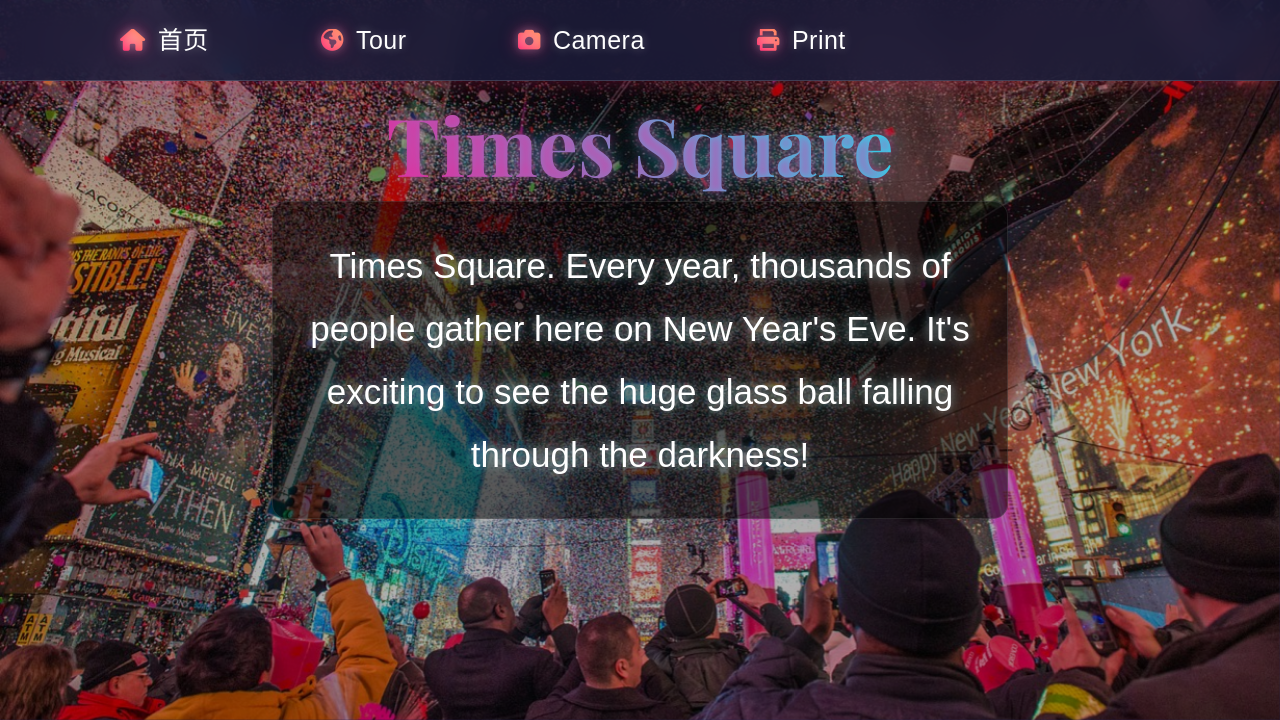
Repository: huang-heavenly-Emperor/NewYork
Page: times-square.html
These files come from the project's save history. The page is drawn as it stood at one moment and after a run of saves; the edit follows.
The browser window is 1280 px wide. The pictures show the whole page.

Above is the page before, as saved 2024-12-12 10:11:14.

### times-square.html
<!DOCTYPE html>
<html lang="en">

<head>
  <meta charset="UTF-8">
  <meta name="viewport" content="width=device-width, initial-scale=1.0">
  <title>Times Square - NYC</title>
  <link rel="stylesheet" href="css/times-square.css">
  <link rel="stylesheet" href="https://cdnjs.cloudflare.com/ajax/libs/font-awesome/6.0.0/css/all.min.css">
  <link rel="stylesheet" href="css/animations.css">
  <link rel="stylesheet" href="css/style.css">
  <link href="https://fonts.googleapis.com/css2?family=Playfair+Display:wght@700&family=Inter:wght@400;500&display=swap"
    rel="stylesheet">
</head>

<body>
  <nav class="main-nav">
    <ul class="nav-links">
      <li>
        <a href="index.html">
          <i class="fas fa-home"></i>
          首页
        </a>
      </li>
      <li class="dropdown">
        <a href="tour.html">
          <i class="fas fa-globe-americas"></i>
          Tour
        </a>
        <ul class="dropdown-menu">
          <li>
            <a href="#">
              <i class="fas fa-torii-gate"></i>
              Asia
            </a>
          </li>
          <li>
            <a href="#">
              <i class="fas fa-sun"></i>
              Africa
            </a>
          </li>
          <li>
            <a href="#">
              <i class="fas fa-landmark"></i>
              Europe
            </a>
          </li>
          <li class="nested-dropdown">
            <a href="#">
              <i class="fas fa-flag-usa"></i>
              America
            </a>
            <ul class="nested-dropdown-menu">
              <li class="usa-dropdown">
                <a href="tour.html">
                  <i class="fas fa-star"></i>
                  The USA
                </a>
                <ul class="usa-dropdown-menu">
                  <li>
                    <a href="wall-street.html" >
                      <i class="fas fa-chart-line"></i>
                      Wall Street
                    </a>
                  </li>
                  <li>
                    <a href="times-square.html" class="active">
                      <i class="fas fa-city"></i>
                      Times Square
                    </a>
                  </li>
                  <li>
                    <a href="central-park.html">
                      <i class="fas fa-tree"></i>
                      Central Park
                    </a>
                  </li>
                  <li>
                    <a href="broadway.html">
                      <i class="fas fa-theater-masks"></i>
                      Broadway
                    </a>
                  </li>
                </ul>
              </li>
            </ul>
          </li>
          <li>
            <a href="others.html">
              <i class="fas fa-ellipsis-h"></i>
              Others
            </a>
          </li>
        </ul>
      </li>
      <li>
        <a href="camera.html">
          <i class="fas fa-camera"></i>
          Camera
        </a>
      </li>
      <li>
        <a href="print.html">
          <i class="fas fa-print"></i>
          Print
        </a>
      </li>
    </ul>
  </nav>

  <div class="banner">
    <img src="images/2.jpg" alt="Times Square">
    <h1>Times Square</h1>
  </div>

  <article class="content">
    <p class="article-text">
      Times Square. Every year, thousands of people gather here on New Year's Eve. It's exciting to see the huge glass ball falling through the darkness!
    </p>
  </article>
</body>

</html>

### css/times-square.css
/* 基础样式 */
* {
    margin: 0;
    padding: 0;
    box-sizing: border-box;
}

body {
    font-family: 'Inter', sans-serif;
    line-height: 1.6;
    color: #ffffff;
    background: #000000;
    height: 100vh;
    overflow: hidden;
}

/* Banner区域 */
.banner {
    position: relative;
    width: 100vw;
    height: 100vh;
    overflow: hidden;
}

.banner img {
    width: 100%;
    height: 100%;
    object-fit: cover;
    filter: brightness(0.7);
    animation: zoomIn 1.5s ease-out forwards;
}

.banner h1 {
    position: absolute;
    top: 20%;
    left: 50%;
    transform: translate(-50%, -50%);
    font-family: 'Playfair Display', serif;
    font-size: 5rem;
    background: linear-gradient(45deg, #FF1493, #00FFFF);
    -webkit-background-clip: text;
    -webkit-text-fill-color: transparent;
    text-shadow:
        0 0 10px rgba(255, 20, 147, 0.5),
        0 0 20px rgba(0, 255, 255, 0.5);
    opacity: 0;
    animation: titleReveal 1.2s ease-out 0.8s forwards;
}

/* 文章内容 */
.content {
    position: absolute;
    top: 50%;
    left: 50%;
    transform: translate(-50%, -50%);
    max-width: 800px;
    width: 90%;
    padding: 2rem;
    z-index: 2;
    opacity: 0;
    animation: contentFadeIn 1s ease-out 1.5s forwards;
}

.article-text {
    font-size: 35px;
    line-height: 1.8;
    color: #ffffff;
    text-align: center;
    text-shadow:
        0 0 10px rgba(255, 255, 255, 0.5),
        0 0 20px rgba(0, 255, 255, 0.3);
    background: rgba(0, 0, 0, 0.5);
    padding: 2rem;
    border-radius: 15px;
    backdrop-filter: blur(10px);
    border: 1px solid rgba(255, 255, 255, 0.1);
}

/* 动画定义 */
@keyframes zoomIn {
    0% {
        transform: scale(1.2);
        filter: brightness(0);
    }
    100% {
        transform: scale(1);
        filter: brightness(0.7);
    }
}

@keyframes titleReveal {
    0% {
        opacity: 0;
        transform: translate(-50%, -20%);
        letter-spacing: 15px;
        text-shadow:
            0 0 20px rgba(255, 20, 147, 0.8),
            0 0 40px rgba(0, 255, 255, 0.8);
    }
    100% {
        opacity: 1;
        transform: translate(-50%, -50%);
        letter-spacing: normal;
        text-shadow:
            0 0 10px rgba(255, 20, 147, 0.5),
            0 0 20px rgba(0, 255, 255, 0.5);
    }
}

@keyframes contentFadeIn {
    0% {
        opacity: 0;
        transform: translate(-50%, -30%);
    }
    100% {
        opacity: 1;
        transform: translate(-50%, -50%);
    }
}

/* 响应式设计 */
@media (max-width: 768px) {
    .banner h1 {
        font-size: 3rem;
    }

    .article-text {
        font-size: 28px;
        padding: 1.5rem;
    }
}

@media (max-width: 480px) {
    .banner h1 {
        font-size: 2.5rem;
    }

    .article-text {
        font-size: 24px;
        padding: 1rem;
    }
}

### css/animations.css
/* 开屏动画 */
@keyframes fadeInScale {
  0% {
    opacity: 0;
    transform: scale(0.9);
  }
  50% {
    opacity: 0.5;
    transform: scale(1.02);
  }
  100% {
    opacity: 1;
    transform: scale(1);
  }
}

@keyframes slideInFromBottom {
  0% {
    opacity: 0;
    transform: translate(-50%, 50px);
  }
  60% {
    opacity: 0.8;
    transform: translate(-50%, -5px);
  }
  80% {
    transform: translate(-50%, 2px);
  }
  100% {
    opacity: 1;
    transform: translate(-50%, 0);
  }
}

@keyframes slideInFromTop {
  0% {
    opacity: 0;
    transform: translateY(-30px);
  }
  100% {
    opacity: 1;
    transform: translateY(0);
  }
}

@keyframes fadeInRotate {
  0% {
    opacity: 0;
    transform: rotate(-10deg) scale(0.95);
  }
  100% {
    opacity: 1;
    transform: rotate(0) scale(1);
  }
}

/* 导航栏画 */
.main-nav {
  animation: slideInFromTop 0.8s cubic-bezier(0.34, 1.56, 0.64, 1);
}

.nav-links li {
  opacity: 0;
  animation: fadeInRotate 0.6s cubic-bezier(0.34, 1.56, 0.64, 1) forwards;
}

.nav-links li:nth-child(1) { animation-delay: 0.2s; }
.nav-links li:nth-child(2) { animation-delay: 0.3s; }
.nav-links li:nth-child(3) { animation-delay: 0.4s; }
.nav-links li:nth-child(4) { animation-delay: 0.5s; }

/* 导航链接悬停效果 */
.nav-links a {
  transition: all 0.3s cubic-bezier(0.34, 1.56, 0.64, 1);
}

.nav-links a:hover {
  transform: translateY(-2px) scale(1.05);
  text-shadow: 0 2px 4px rgba(0, 0, 0, 0.2);
}

/* 火箭动画 */
.rocketManSVG {
  opacity: 0;
  animation: fadeInScale 1s cubic-bezier(0.23, 1, 0.32, 1) 1s forwards;
}

/* 星星动画 */
.star {
  opacity: 0;
  animation: fadeInRotate 0.8s cubic-bezier(0.34, 1.56, 0.64, 1) forwards;
}

.starContainer .star:nth-child(odd) {
  animation-delay: 0.5s;
}

.starContainer .star:nth-child(even) {
  animation-delay: 0.7s;
}

/* 卫星动画 */
.satellite {
  opacity: 0;
  animation: fadeInScale 1s cubic-bezier(0.23, 1, 0.32, 1) 1.2s forwards;
}

/* 标题动画 */
.demo--dancing-shadows__title {
  animation: fadeInScale 1.8s cubic-bezier(0.23, 1, 0.32, 1);
}

.text-wrapper {
  animation: fadeInScale 2s cubic-bezier(0.23, 1, 0.32, 1) 0.2s backwards;
}

/* CTA按钮动画 */
.cta-wrapper {
  position: fixed;
  bottom: 50px;
  left: 50%;
  transform: translateX(-50%);
  z-index: 1000;
  animation: slideInFromBottom 1.2s cubic-bezier(0.34, 1.56, 0.64, 1) 1.5s backwards;
  opacity: 1;
}

.cta-button {
  transition: all 0.5s cubic-bezier(0.34, 1.56, 0.64, 1);
  will-change: transform;
  position: relative;
  z-index: 1000;
  opacity: 1;
}

.cta-button:hover {
  transform: translateY(-6px) scale(1.03);
  box-shadow: 0 12px 35px rgba(255, 107, 107, 0.4);
  background: linear-gradient(135deg,
    rgba(255, 127, 127, 0.98),
    rgba(255, 127, 167, 0.98)
  );
  letter-spacing: 1px;
}

.cta-button:active {
  transform: translateY(-2px) scale(0.98);
  box-shadow: 0 6px 20px rgba(255, 107, 107, 0.4);
  transition: all 0.2s cubic-bezier(0.34, 1.56, 0.64, 1);
}

/* 文字悬停效果 */
.text-item {
  transition: all 0.4s cubic-bezier(0.34, 1.56, 0.64, 1);
  will-change: transform;
}

.text-item:hover {
  transform: translateY(-4px) scale(1.08);
  text-shadow: 0 0.15rem black,
               0 0.25rem black,
               0 0.35rem black,
               0 0.45rem black,
               0 0.65rem black,
               0 0.75rem rgba(255, 255, 255, 0.8),
               0 0.85rem rgba(255, 255, 255, 0.6);
}

/* 背景动画效果 */
.demo--dancing-shadows__title:before {
  transition: all 0.8s cubic-bezier(0.23, 1, 0.32, 1);
}

.demo--dancing-shadows__title:hover:before {
  filter: hue-rotate(25deg) brightness(1.15);
}

### css/style.css
/* 璀璨大气的配色方案 */
:root {
    --primary: #FF1E6C;
    --secondary: #2E8FFF;
    --accent-1: #9D3FFF;
    --accent-2: #00E5B8;
    --accent-3: #FFD700;
    --dark: #1C1C3A;
    --nav-bg: rgba(28, 28, 58, 0.85);
    --text-light: #ffffff;
    --text-dim: rgba(255, 255, 255, 0.9);

    /* 明亮绚丽的渐变 */
    --gradient-1: linear-gradient(45deg, #FF1E6C, #FF8E53);
    --gradient-2: linear-gradient(45deg, #2E8FFF, #00E5B8);
    --gradient-3: linear-gradient(45deg, #9D3FFF, #FF1E6C);
    --gradient-4: linear-gradient(45deg, #FFD700, #FF8E53);
    --gradient-nav: linear-gradient(90deg,
            rgba(255, 30, 108, 0.15),
            rgba(46, 143, 255, 0.15),
            rgba(157, 63, 255, 0.15));

    /* 炫彩光效 */
    --glow-primary: 0 0 20px rgba(255, 30, 108, 0.3);
    --glow-secondary: 0 0 20px rgba(46, 143, 255, 0.3);
    --glow-accent: 0 0 20px rgba(157, 63, 255, 0.3);

    --shadow-sm: 0 2px 8px rgba(255, 30, 108, 0.15);
    --shadow-md: 0 4px 20px rgba(157, 63, 255, 0.2);
    --shadow-lg: 0 8px 30px rgba(46, 143, 255, 0.25);
    --transition: all 0.4s cubic-bezier(0.4, 0, 0.2, 1);
}

body {
    margin: 0;
    padding: 0;
    font-family: 'Poppins', sans-serif;
    background: linear-gradient(135deg, var(--dark), #2A2A5A);
    color: var(--text-light);
    overflow-x: hidden;
}

li {
    list-style: none;
}

/* 现代导航栏样式 */
.main-nav {
    position: fixed;
    left: 0;
    top: 0;
    width: 100%;
    background: var(--nav-bg);
    backdrop-filter: blur(15px);
    z-index: 1000;
    border-bottom: 1px solid rgba(255, 255, 255, 0.15);
    box-shadow: var(--glow-primary);
}

/* 导航链接容器 */
.nav-links {
    display: flex;
    list-style: none;
    margin: 0;
    padding: 0 4rem;
    height: 80px;
}

.nav-links>li {
    position: relative;
    margin: 0 1.5rem;
}

/* 导航链接基础样式 */
.nav-links a {
    display: flex;
    align-items: center;
    padding: 0 2rem;
    height: 100%;
    color: var(--text-light);
    text-decoration: none;
    font-size: 25px;
    font-weight: 500;
    letter-spacing: 0.5px;
    transition: var(--transition);
    position: relative;
    z-index: 1;
    text-shadow: 0 0 10px rgba(255, 255, 255, 0.3);
}

/* 导航链接悬停效果 */
.nav-links>li>a::before {
    content: '';
    position: absolute;
    top: 50%;
    left: 0;
    width: 100%;
    height: 0;
    background: var(--gradient-nav);
    opacity: 0;
    transition: var(--transition);
    z-index: -1;
    border-radius: 8px;
}

.nav-links>li:hover>a::before {
    height: 85%;
    top: 8%;
    opacity: 1;
}

.nav-links>li>a::after {
    content: '';
    position: absolute;
    bottom: 0;
    left: 50%;
    width: 0;
    height: 3px;
    background: var(--gradient-1);
    transform: translateX(-50%);
    transition: var(--transition);
    box-shadow: var(--glow-primary);
}

.nav-links>li:hover>a::after {
    width: 100%;
}

/* 图标动画 */
.nav-links i {
    margin-right: 12px;
    font-size: 1.4rem;
    transition: var(--transition);
    background: var(--gradient-1);
    -webkit-background-clip: text;
    background-clip: text;
    -webkit-text-fill-color: transparent;
    filter: drop-shadow(0 0 8px rgba(255, 30, 108, 0.5));
}

.nav-links a:hover i {
    transform: translateY(-3px) scale(1.2);
    background: var(--gradient-4);
    -webkit-background-clip: text;
    background-clip: text;
    filter: drop-shadow(0 0 12px rgba(255, 215, 0, 0.6));
}

/* 下拉菜单容器 */
.dropdown-menu,
.nested-dropdown-menu,
.usa-dropdown-menu {
    position: absolute;
    background: rgba(28, 28, 58, 0.9);
    backdrop-filter: blur(20px);
    min-width: 280px;
    opacity: 0;
    visibility: hidden;
    transform: translateY(20px);
    transition: var(--transition);
    border-radius: 16px;
    padding: 1rem 0;
    border: 1px solid rgba(255, 255, 255, 0.2);
    box-shadow: var(--shadow-lg), var(--glow-secondary);
}

.dropdown-menu {
    top: 100%;
    left: 50%;
    transform: translateX(-50%) translateY(20px);
    margin-top: 0.5rem;
}

.nested-dropdown-menu,
.usa-dropdown-menu {
    top: 0;
    left: calc(100% + 0.5rem);
    transform: translateX(20px);
}

/* 特殊处理 America 的二级菜单 */
.usa-dropdown-menu {
    top: -0.5rem;
    /* 调整垂直位置与父菜单项对齐 */
}

/* 下拉菜单显示动画 */
.dropdown:hover>.dropdown-menu {
    opacity: 1;
    visibility: visible;
    transform: translateX(-50%) translateY(0);
}

.nested-dropdown:hover>.nested-dropdown-menu,
.usa-dropdown:hover>.usa-dropdown-menu {
    opacity: 1;
    visibility: visible;
    transform: translateX(0);
}

/* 为二级菜单创建更大的可hover区域 */
.nested-dropdown,
.usa-dropdown {
    position: relative;
    padding-right: 1.5rem;
    /* 为箭头图标留出空间 */
}

.nested-dropdown::before,
.usa-dropdown::before {
    content: '';
    position: absolute;
    top: -1rem;
    right: -1rem;
    bottom: -1rem;
    width: 3rem;
    /* 扩大可点击区域 */
    background: transparent;
}

/* 下拉菜单项样式 */
.dropdown-menu a,
.nested-dropdown-menu a,
.usa-dropdown-menu a {
    padding: 1.2rem 2rem;
    color: var(--text-dim);
    font-size: 22px;
    border-left: 3px solid transparent;
    background: linear-gradient(90deg, transparent, transparent);
    transition: var(--transition);
    white-space: nowrap;
}

.dropdown-menu a:hover,
.nested-dropdown-menu a:hover,
.usa-dropdown-menu a:hover {
    color: var(--text-light);
    background: var(--gradient-nav);
    border-left: 3px solid var(--primary);
    transform: translateX(5px);
    box-shadow: var(--glow-primary);
}

/* 下拉指示器 */
.dropdown>a::after {
    content: '▾';
    margin-left: 10px;
    font-size: 1.4em;
    transition: var(--transition);
    background: var(--gradient-1);
    -webkit-background-clip: text;
    background-clip: text;
    -webkit-text-fill-color: transparent;
    filter: drop-shadow(0 0 8px rgba(255, 30, 108, 0.5));
}

.nested-dropdown>a::after {
    content: '▸';
}

.dropdown:hover>a::after {
    transform: rotate(180deg);
    background: var(--gradient-4);
    -webkit-background-clip: text;
    background-clip: text;
    filter: drop-shadow(0 0 12px rgba(255, 215, 0, 0.6));
}

.nested-dropdown:hover>a::after {
    transform: rotate(90deg);
}

/* 激活状态 */
.nav-links a.active {
    background: var(--gradient-1);
    -webkit-background-clip: text;
    background-clip: text;
    -webkit-text-fill-color: transparent;
    font-weight: 600;
    filter: drop-shadow(0 0 8px rgba(255, 30, 108, 0.5));
}

.nav-links a.active::before {
    opacity: 0.2;
    height: 100%;
    top: 0;
}

/* 滚动效果 */
.main-nav.scrolled {
    background: var(--nav-bg);
    box-shadow: var(--shadow-md), var(--glow-primary);
}

/* Hero Section */
.hero {
    height: 100vh;
    background-image: url('https://images.unsplash.com/photo-1469854523086-cc02fe5d8800?ixlib=rb-4.0.3');
    background-size: cover;
    background-position: center;
    background-attachment: fixed;
    display: flex;
    align-items: center;
    justify-content: center;

    position: absolute;
    top: 0;
    left: 0;
    right: 0;
    bottom: 0;
    z-index: 2000;
}

.hero::before {
    content: '';
    position: absolute;
    top: 0;
    left: 0;
    right: 0;
    bottom: 0;
    background: linear-gradient(135deg,
            rgba(28, 28, 58, 0.7),
            rgba(46, 143, 255, 0.6),
            rgba(255, 30, 108, 0.5));
    backdrop-filter: blur(2px);
}

.hero-content {
    text-align: center;
    position: relative;
    z-index: 1;
    padding: 2rem;
}

After the next 2 saves:
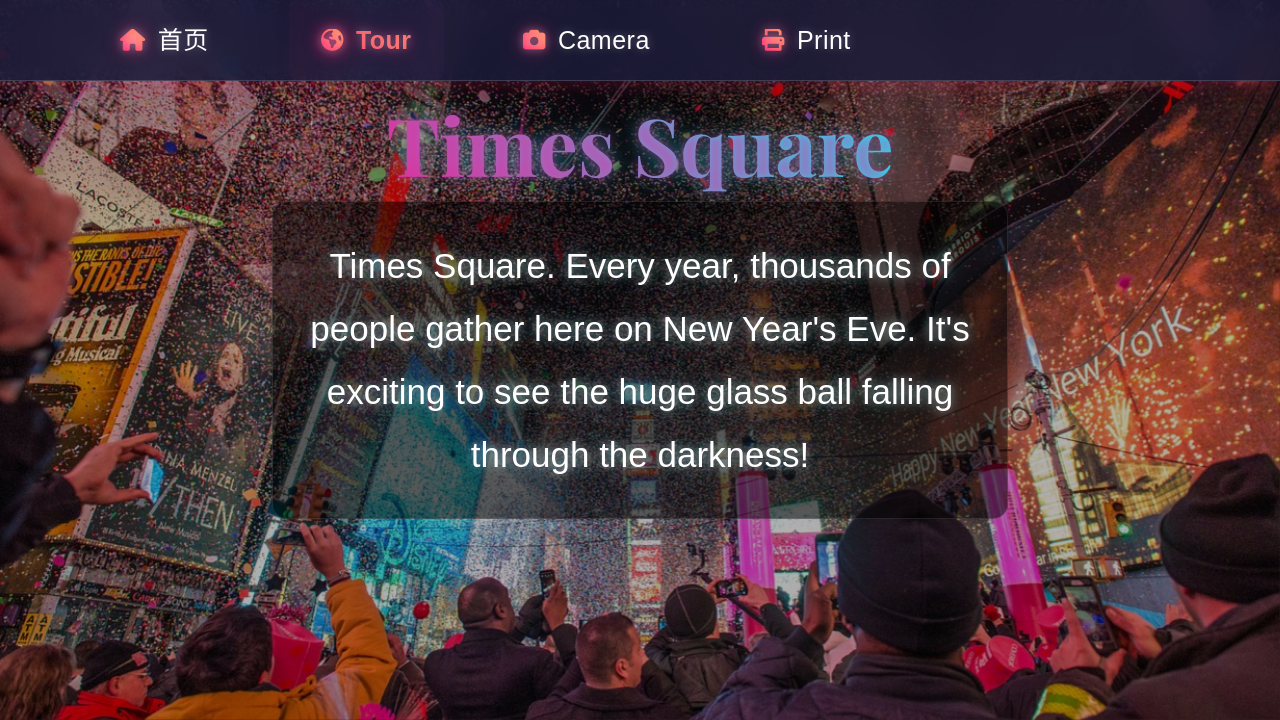
The 2 saves are shown as one change because they came seconds apart.
The last was saved 11 s later.
--- a/times-square.html
+++ b/times-square.html
@@ -23,7 +23,7 @@
         </a>
       </li>
       <li class="dropdown">
-        <a href="tour.html">
+        <a href="tour.html" class="active">
           <i class="fas fa-globe-americas"></i>
           Tour
         </a>
